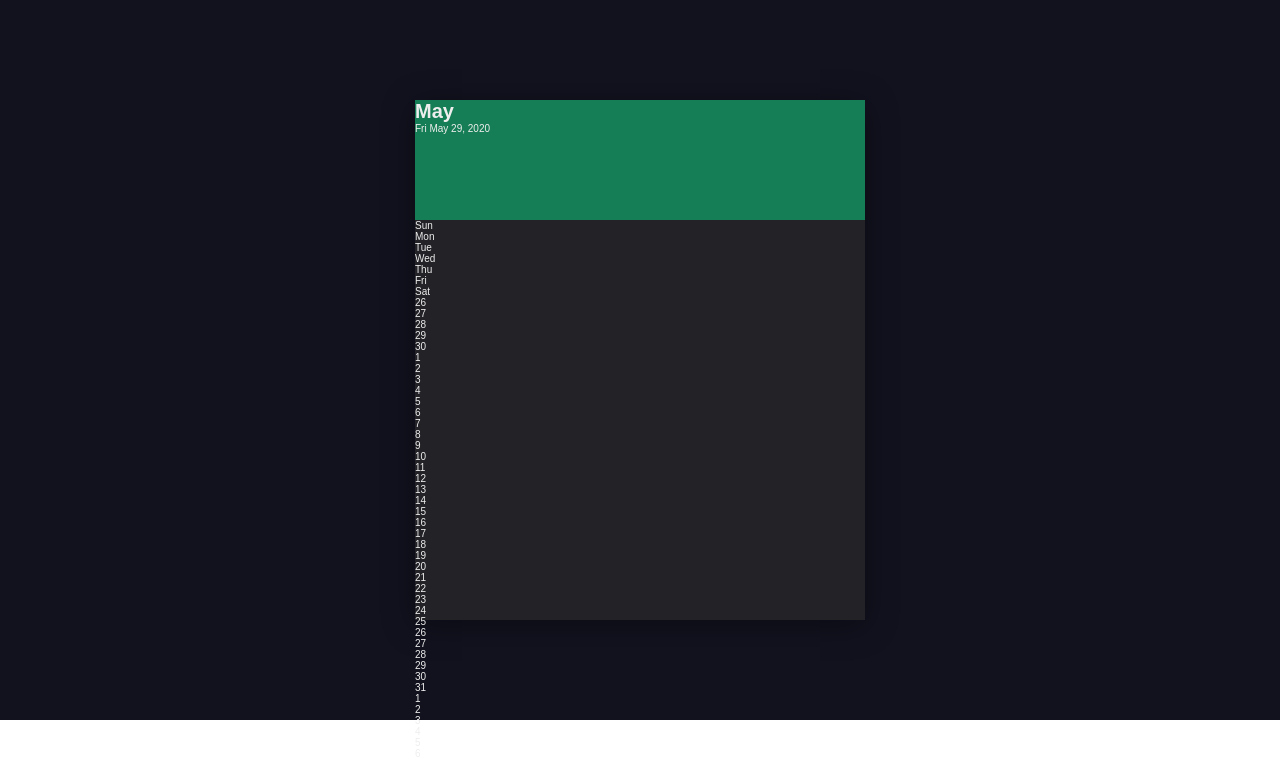
Repository: dboinska/calendar
Page: index.html
These files come from the project's save history. The page is drawn as it stood at one moment and after the next save; the edit follows.
The browser window is 1280 px wide. The pictures show the whole page.

Above is the page before, as saved 2021-09-05 00:56:19.

### index.html
<!DOCTYPE html>
<html lang="en">
  <head>
    <meta charset="UTF-8" />
    <meta http-equiv="X-UA-Compatible" content="IE=edge" />
    <meta name="viewport" content="width=device-width, initial-scale=1.0" />
    <title>Calendar</title>
    <link rel="stylesheet" href="style.css" />
  </head>
  <body>
    <div class="container">
      <div class="calendar">
        <div class="month">
          <i class="fas fa-angle-left prev"></i>
          <div class="date">
            <h1>May</h1>
            <p>Fri May 29, 2020</p>
          </div>
          <i class="fas fa-angle-right next"></i>
        </div>
        <div class="weekdays">
          <div>Sun</div>
          <div>Mon</div>
          <div>Tue</div>
          <div>Wed</div>
          <div>Thu</div>
          <div>Fri</div>
          <div>Sat</div>
        </div>
        <div class="days">
          <div class="prev-date">26</div>
          <div class="prev-date">27</div>
          <div class="prev-date">28</div>
          <div class="prev-date">29</div>
          <div class="prev-date">30</div>
          <div>1</div>
          <div>2</div>
          <div>3</div>
          <div>4</div>
          <div>5</div>
          <div>6</div>
          <div>7</div>
          <div>8</div>
          <div>9</div>
          <div>10</div>
          <div>11</div>
          <div>12</div>
          <div>13</div>
          <div>14</div>
          <div>15</div>
          <div>16</div>
          <div>17</div>
          <div>18</div>
          <div>19</div>
          <div>20</div>
          <div>21</div>
          <div>22</div>
          <div>23</div>
          <div>24</div>
          <div>25</div>
          <div>26</div>
          <div>27</div>
          <div>28</div>
          <div>29</div>
          <div>30</div>
          <div>31</div>
          <div class="next-date">1</div>
          <div class="next-date">2</div>
          <div class="next-date">3</div>
          <div class="next-date">4</div>
          <div class="next-date">5</div>
          <div class="next-date">6</div>
        </div>
      </div>
    </div>
    <script src="script.js"></script>
  </body>
</html>

### style.css
* {
  margin: 0;
  padding: 0;
  box-sizing: border-box;
  font-family: "Quicksand", sans-serif;
}

html {
  font-size: 62.5%;
}

.container {
  width: 100%;
  height: 100vh;
  background-color: #12121f;
  color: #eee;
  display: flex;
  justify-content: center;
  align-items: center;
}

.calendar {
  width: 45rem;
  height: 52rem;
  background-color: #222227;
  box-shadow: 0 0.5rem 3rem rgba(0, 0, 0, 0.4);
}

.month {
  width: 100%;
  height: 12rem;
  background-color: #167e56;
}

Loaded but not shown: script.js (no copy from this time; the picture is the same without it)

After the next save:
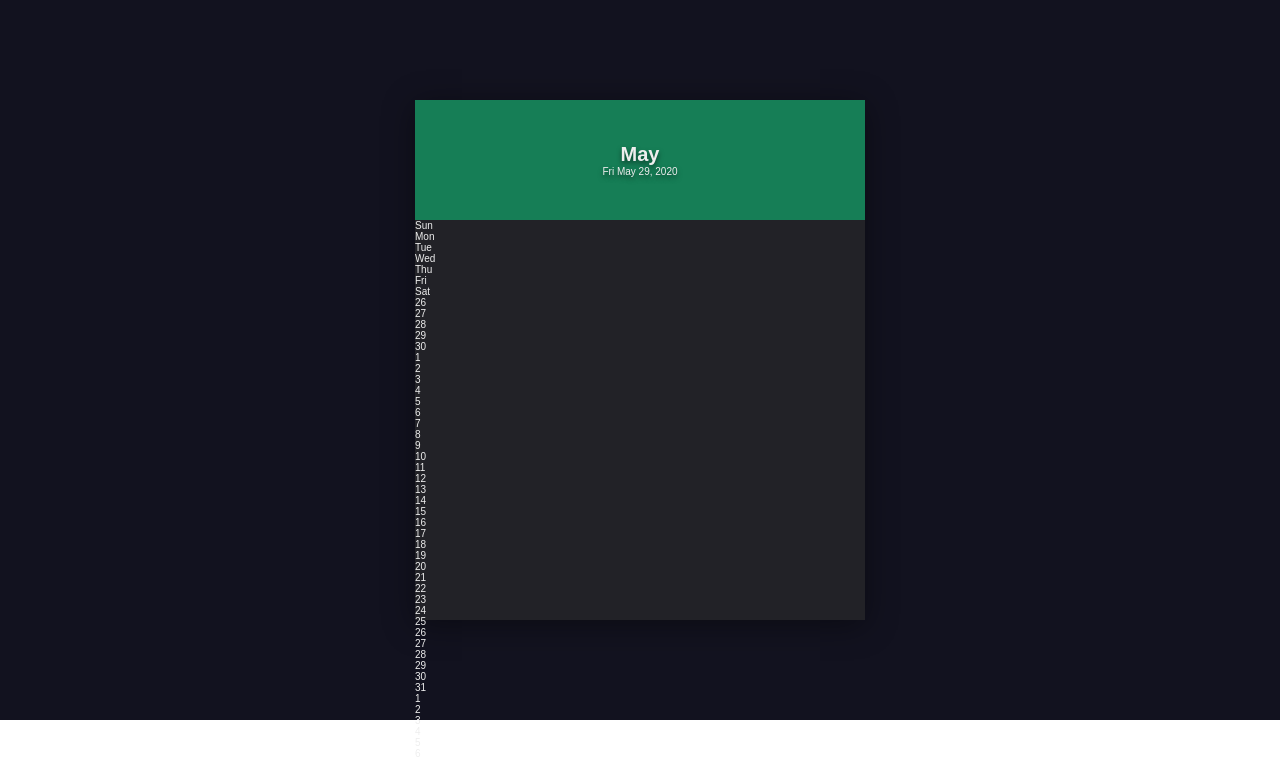
Saved 2 min 27 s later.
--- a/style.css
+++ b/style.css
@@ -30,4 +30,10 @@ html {
   width: 100%;
   height: 12rem;
   background-color: #167e56;
+  display: flex;
+  justify-content: space-between;
+  align-items: center;
+  padding: 0 2rem;
+  text-align: center;
+  text-shadow: 0 0.3rem 0.5rem rgba(0, 0, 0, 0.5);
 }
